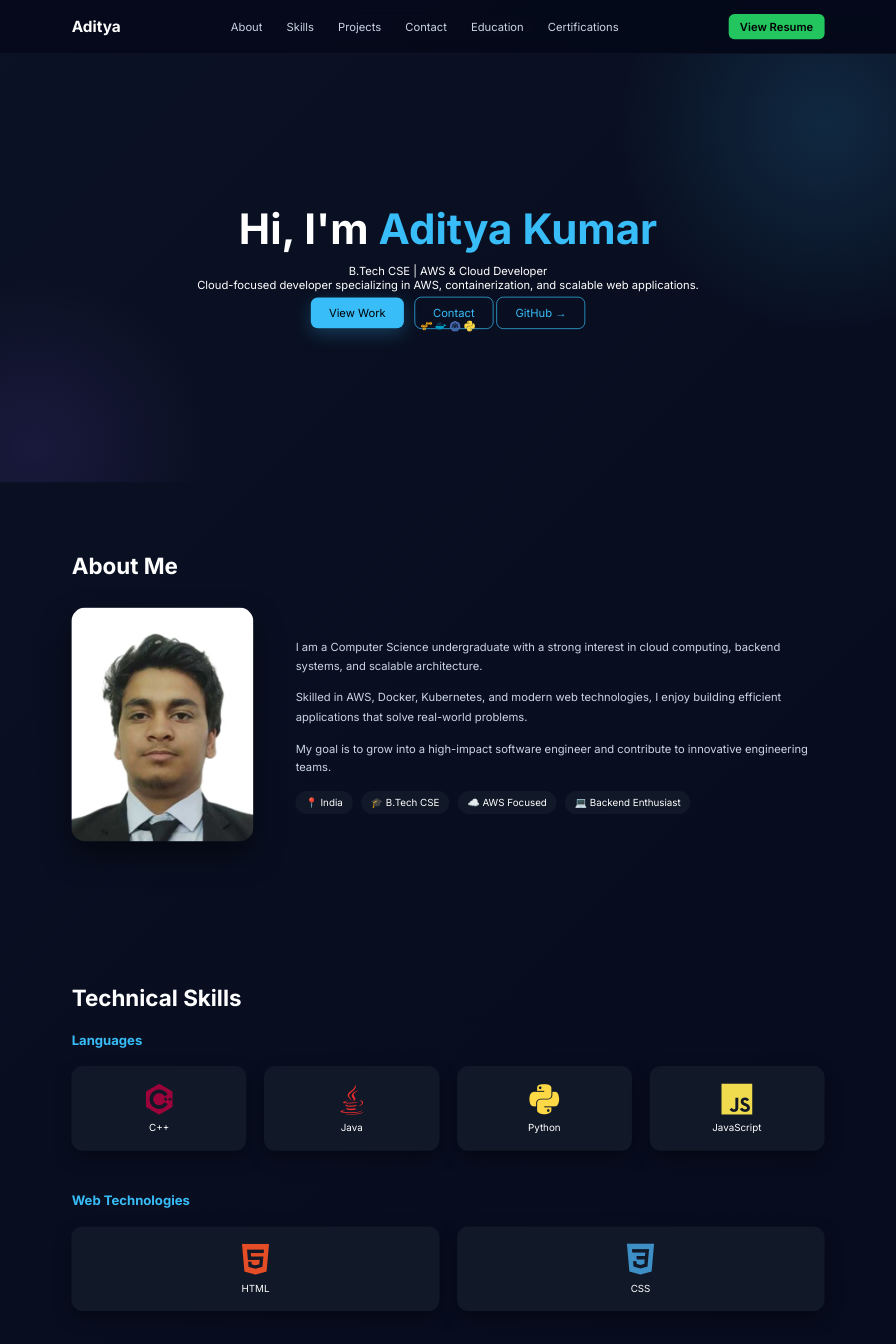
Repository: Aditya2419/My-Portfolio
Page: index.html
These files come from the project's save history. The page is drawn as it stood at one moment and after the next save; the edit follows.
The browser window is 1280 px wide. The pictures show the part of the page from y = 0 to 1920 px (the page is 5718 px tall), at 70% of full size.

Above is the page before, as saved 2026-02-19 00:02:55.
Console error: TypeError: Cannot set properties of null (setting 'textContent')

After the next save:
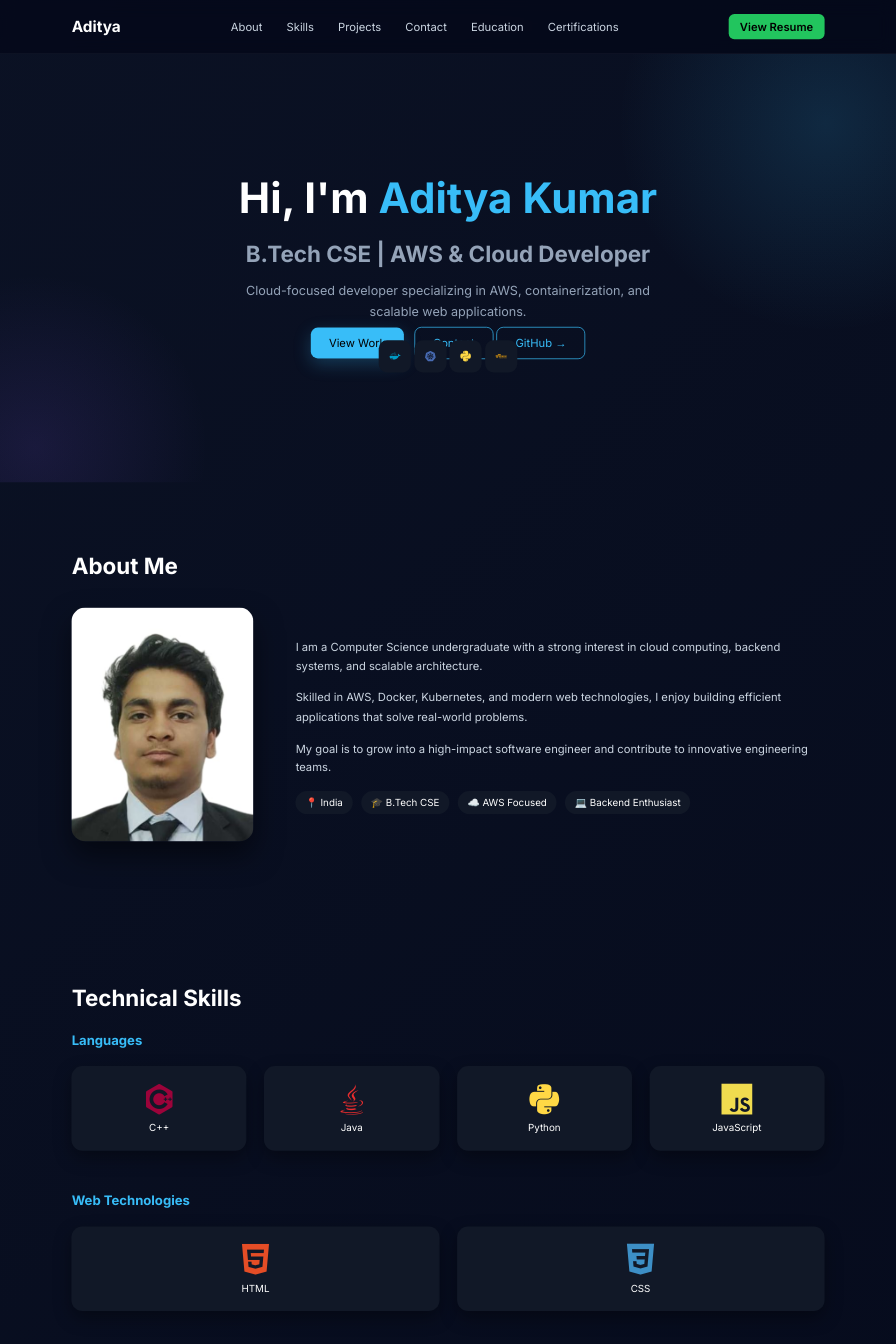
Saved 106 s later.
--- a/index.html
+++ b/index.html
@@ -37,37 +37,31 @@
 <!-- HERO -->
 <section class="hero">
 
-    <div class="hero-container">
-
-        <div class="hero-text">
-            <h1>Hi, I'm <span>Aditya Kumar</span></h1>
-
-            <p class="hero-role">
-                B.Tech CSE | AWS & Cloud Developer
-            </p>
-
-            <p class="hero-desc">
-                Cloud-focused developer specializing in AWS, containerization, and scalable web applications.
-            </p>
-
-            <div class="hero-buttons">
-                <a href="#projects" class="primary">View Work</a>
-                <a href="#contact" class="secondary">Contact</a>
-                <a href="https://github.com/Aditya2419" class="secondary">GitHub →</a>
-            </div>
-
-        </div>
-
-        <div class="hero-visual">
-            <i class="devicon-amazonwebservices-original colored"></i>
-            <i class="devicon-docker-plain colored"></i>
-            <i class="devicon-kubernetes-plain colored"></i>
-            <i class="devicon-python-plain colored"></i>
-        </div>
-
-    </div>
-
-    </section>
+    <h1>Hi, I'm <span>Aditya Kumar</span></h1>
+
+    <h2>B.Tech CSE | AWS & Cloud Developer</h2>
+
+    <p class="hero-tagline">
+        Cloud-focused developer specializing in AWS, containerization,
+        and scalable web applications.
+    </p>
+
+    <div class="hero-buttons">
+        <a href="#projects" class="primary">View Work</a>
+        <a href="#contact" class="secondary">Contact</a>
+        <a href="https://github.com/yourgithub" class="secondary">GitHub →</a>
+    </div>
+
+    <!-- Tech Icons Separate -->
+    <div class="hero-tech-icons">
+        <i class="devicon-docker-plain colored"></i>
+        <i class="devicon-kubernetes-plain colored"></i>
+        <i class="devicon-python-plain colored"></i>
+        <i class="devicon-amazonwebservices-plain-wordmark colored"></i>
+    </div>
+
+</section>
+
 
 <!-- ABOUT -->
 <section id="about" class="about">
